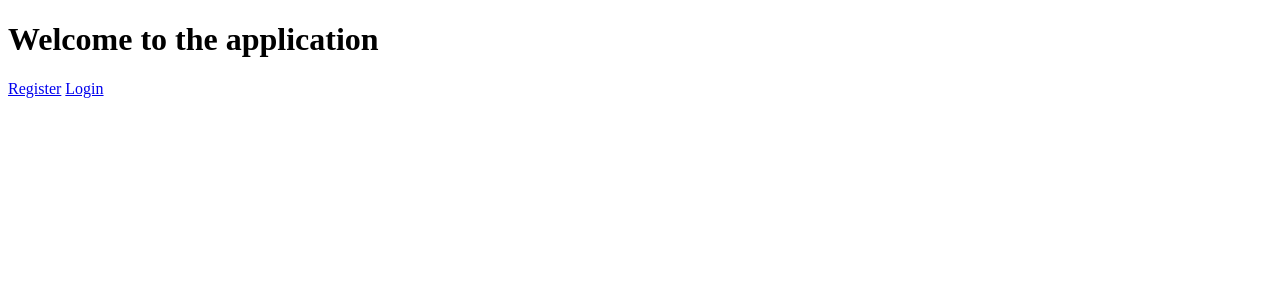
Repository: tarun7781/Testing
Page: MavenLogin/src/main/resources/static/index.html
The author's editor kept a copy of each file at every save. The page is drawn from the files as they stood at one save, then again after the next save.
The browser window is 1280 px wide. The pictures show the whole page.

Above is the page before, as saved 2022-10-14 08:09:21.

After the next save:
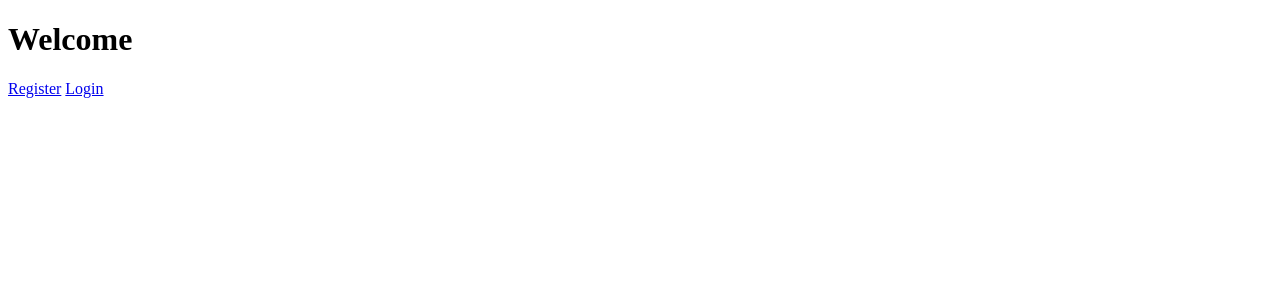
Saved 6 s later.
--- a/MavenLogin/src/main/resources/static/index.html
+++ b/MavenLogin/src/main/resources/static/index.html
@@ -6,7 +6,7 @@
 </head>
 <body>
 
-<h1>Welcome to the application</h1>
+<h1>Welcome</h1>
 <a href="/register">Register</a>
 <a href="/login">Login</a>
 
